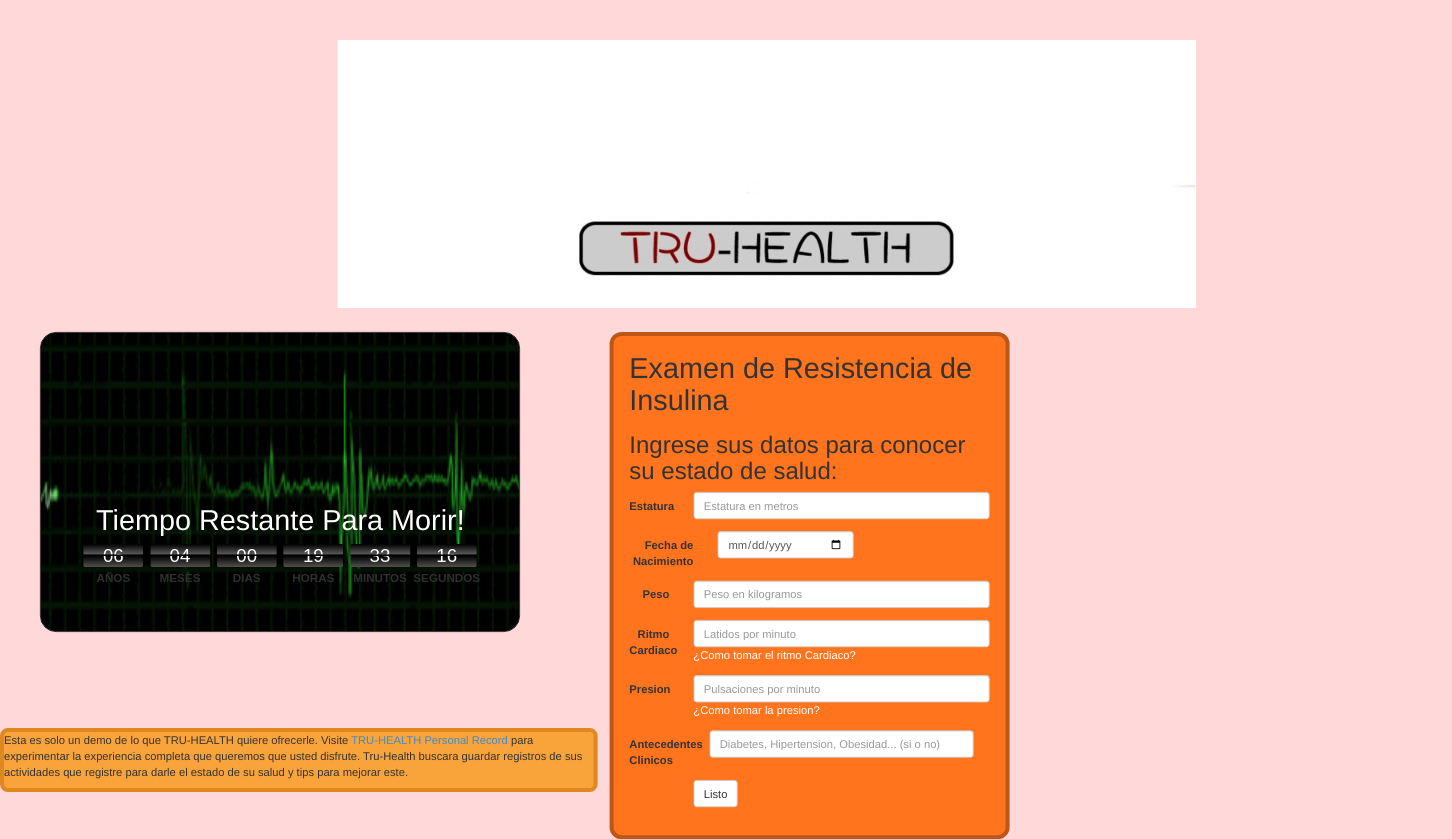
Repository: GabrielAvilesR/GabrielAvilesR.github.io
Page: Tru-Health/Tru-Health/index.html
These files come from the project's save history. The page is drawn as it stood at one moment and after the next save; the edit follows.
The browser window is 1280 px wide. The page is 1815 px wide, so the pictures cover 1815 px, including what lies to the right of the window. The pictures show the whole page, at 80% of full size.
Some web fonts or font styles are not loaded; a fallback is used. Some web libraries are served in a nearby version.

Above is the page before, as saved 2014-04-06 02:19:23.

After the next save:
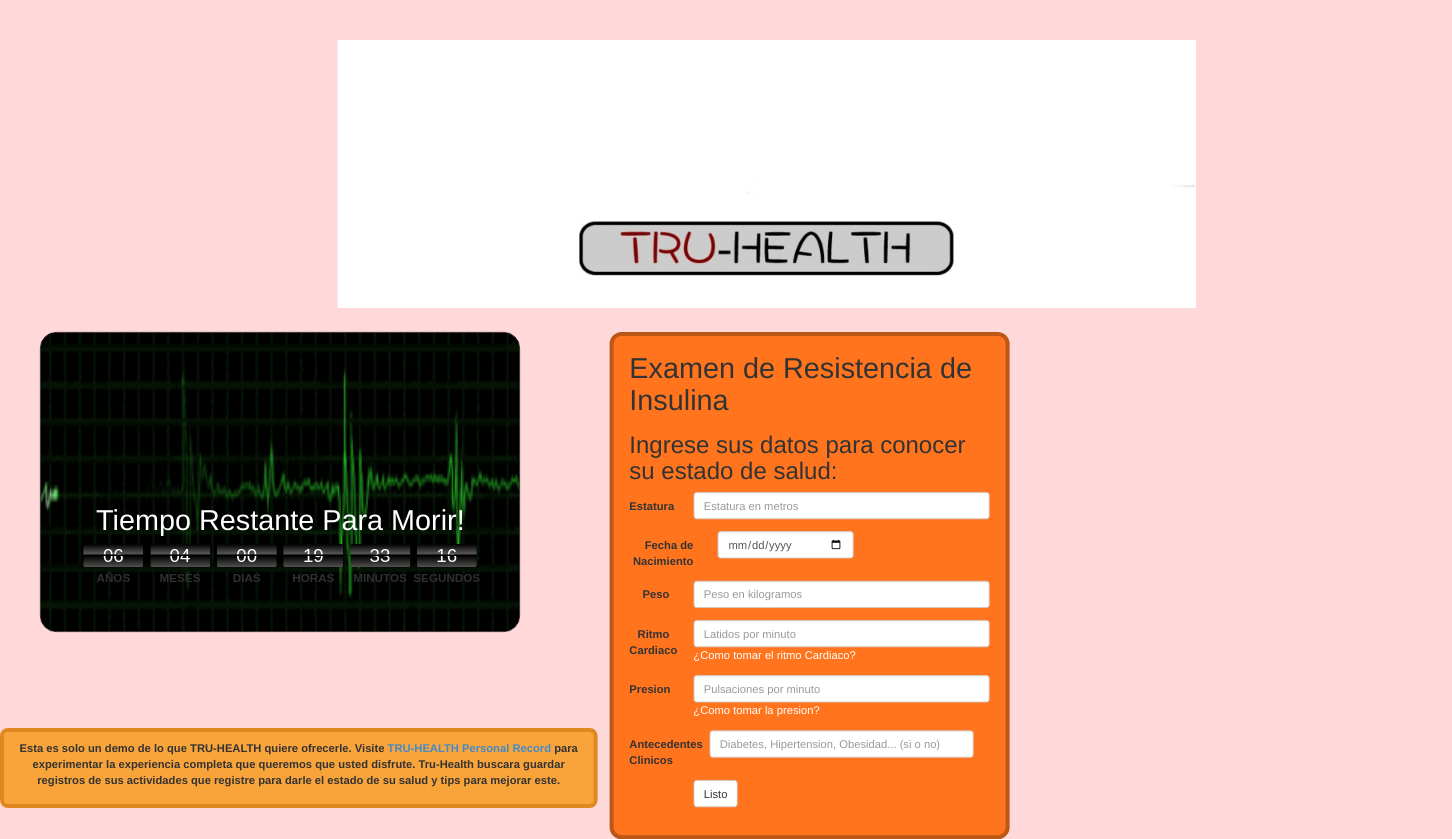
Saved 31 s later.
--- a/Tru-Health/Tru-Health/css/micss.css
+++ b/Tru-Health/Tru-Health/css/micss.css
@@ -54,4 +54,7 @@
 	background-color:#F9A43B;
 	border:5px #DF881F solid;
 	border-radius: 10px;
+	font-weight: bold;
+	text-align:center;
+	padding: 10px;
 }
